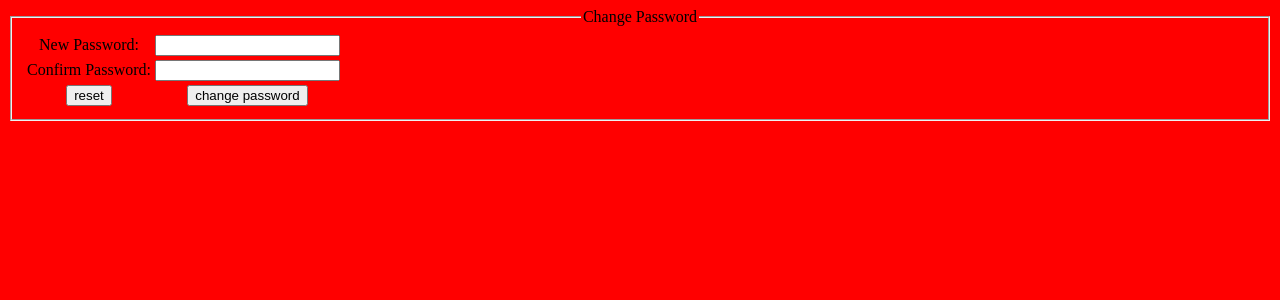
Repository: pawankumarsharm/UST_JDBC_SERVLET
Page: jdbc/empwebapp/WebContent/changepassword.html
These files come from the project's save history. The page is drawn as it stood at one moment and after the next save; the edit follows.
The browser window is 1280 px wide. The pictures show the whole page.

Above is the page before, as saved 2019-11-15 09:33:37.

After the next save:
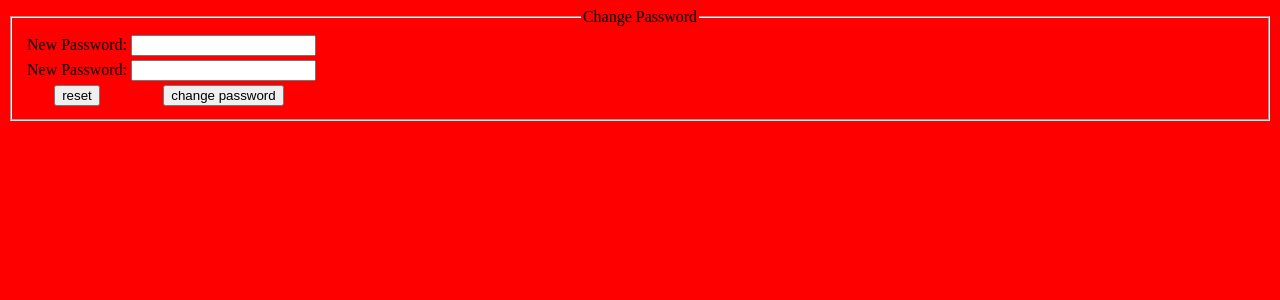
Saved 49 s later.
--- a/jdbc/empwebapp/WebContent/changepassword.html
+++ b/jdbc/empwebapp/WebContent/changepassword.html
@@ -14,9 +14,9 @@
 <td> <input name="password" type="password"></td>
 </tr>
 <tr>
-<td>Confirm Password:</td>
+<td>New Password:</td>
 <td> <input name="password" type="password"></td>
-</tr
+</tr>
 <tr>
 <td><input type="submit" value ="reset"></td>
 <td><input type="reset" value ="change password"></td>
